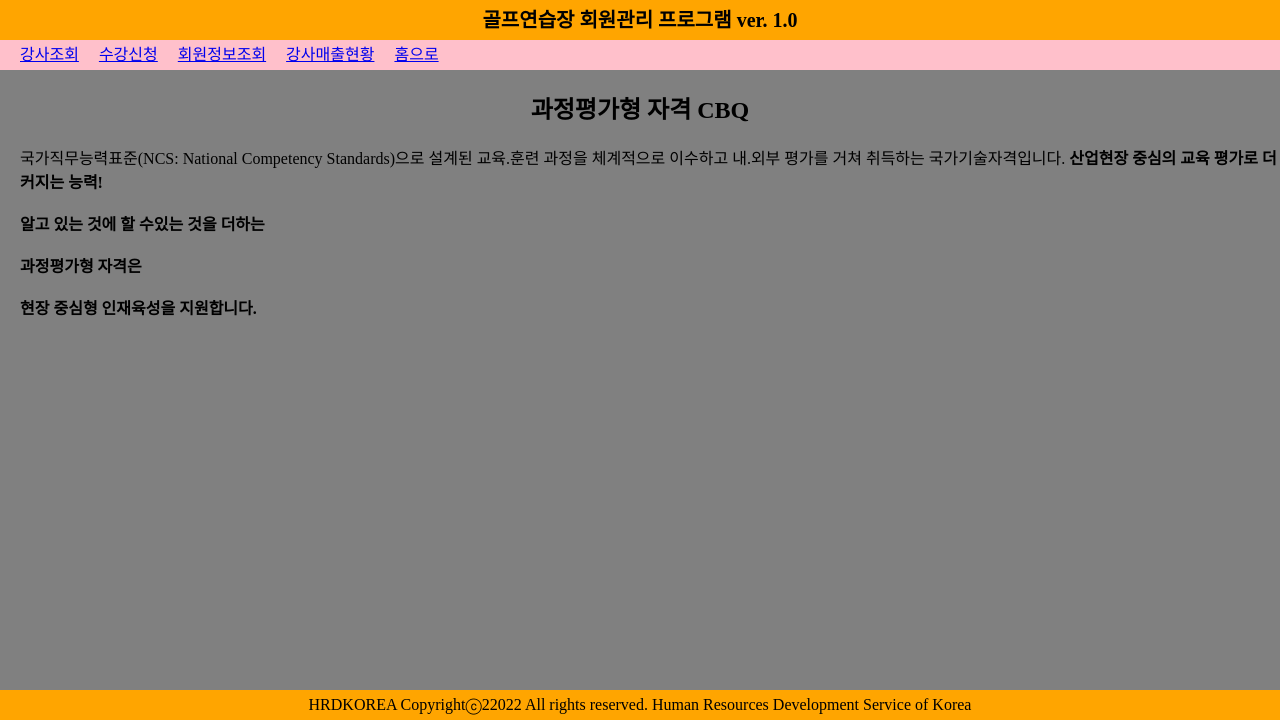
Repository: leesuyeon116/HRD_3
Page: http://localhost/HRD_0505/
An editor plug-in stored every save of this project. The page is shown before and after the next save, followed by the edit.
The browser window is 1280 px wide. The pictures show the whole page.
The page is served by Tomcat 9.

Above is the page before, as saved 2024-05-05 08:38:51.

### workspace/HRD_0505/src/main/webapp/index.jsp
<%@ page language="java" contentType="text/html; charset=UTF-8"
    pageEncoding="UTF-8"%>
<!DOCTYPE html>
<html>
<head>
<meta charset="UTF-8">
<title>index</title>
</head>
<body>
<jsp:include page="header.jsp"></jsp:include>
<section style="position: fixed; top: 70px; left: 0px; width: 100%; height: 100%; background-color: gray">
<h2 style="text-align: center">과정평가형 자격 CBQ</h2>
<p style="padding-left: 20px">
국가직무능력표준(NCS: National Competency Standards)으로 설계된 교육.훈련 과정을 체계적으로 이수하고 내.외부 평가를 거쳐 취득하는 국가기술자격입니다.
<b>
산업현장 중심의 교육 평가로 더 커지는 능력! <br><br>
알고 있는 것에 할 수있는 것을 더하는 <br><br>
과정평가형 자격은 <br><br>
현장 중심형 인재육성을 지원합니다.
</b>
<p>
</section>

<jsp:include page="footer.jsp"></jsp:include>
</body>
</html>

### workspace/HRD_0505/src/main/webapp/header.jsp
<%@ page language="java" contentType="text/html; charset=UTF-8"
    pageEncoding="UTF-8"%>
<!DOCTYPE html>
<html>
<head>
<meta charset="UTF-8">
<title>header</title>
</head>
<body>
<header style="position: fixed; top: 0px; left: 0px; width: 100%; height: 40px; line-height: 40px; background-color: orange;
	text-align: center; font-size: 20px">
<b>골프연습장 회원관리 프로그램 ver. 1.0</b>
</header>

<nav style="position: fixed; top: 40px; left: 0px; width: 100%; height: 30px; line-height: 30px; background-color: pink;
	padding-left: 20px">
	<a href="tlist.jsp">강사조회</a> &nbsp; &nbsp;
	<a href="insert.jsp">수강신청</a> &nbsp; &nbsp;
	<a href="mlist.jsp">회원정보조회</a> &nbsp; &nbsp;
	<a href="salary.jsp">강사매출현황</a> &nbsp; &nbsp;
	<a href="index.jsp">홈으로</a> &nbsp; &nbsp;
</nav>
</body>
</html>

### workspace/HRD_0505/src/main/webapp/footer.jsp
<%@ page language="java" contentType="text/html; charset=UTF-8"
    pageEncoding="UTF-8"%>
<!DOCTYPE html>
<html>
<head>
<meta charset="UTF-8">
<title>footer</title>
</head>
<body>
<footer style="position: fixed; bottom: 0px; left: 0px; width: 100%; height: 30px; line-height: 30px; background-color: orange;
	text-align: center">
	HRDKOREA Copyrightⓒ22022 All rights reserved. Human Resources Development Service of Korea
</footer>
</body>
</html>

After the next save:
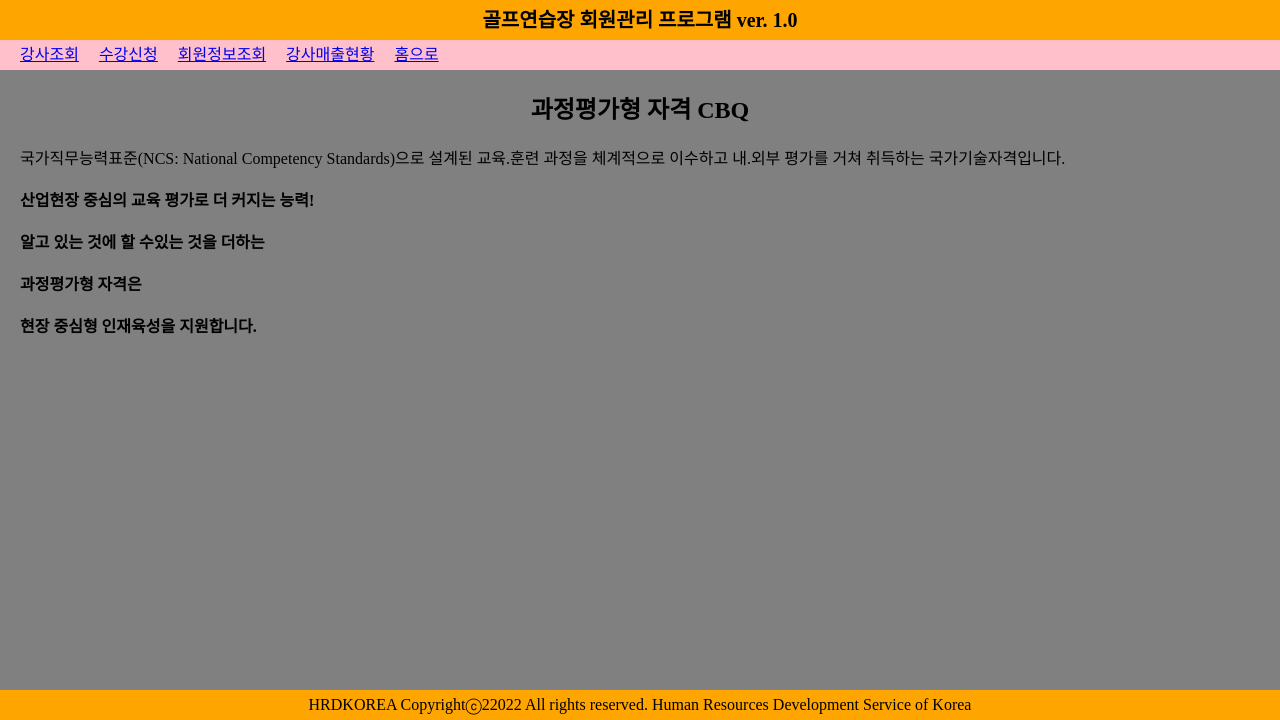
Saved 17 s later.
--- a/workspace/HRD_0505/src/main/webapp/index.jsp
+++ b/workspace/HRD_0505/src/main/webapp/index.jsp
@@ -11,7 +11,7 @@
 <section style="position: fixed; top: 70px; left: 0px; width: 100%; height: 100%; background-color: gray">
 <h2 style="text-align: center">과정평가형 자격 CBQ</h2>
 <p style="padding-left: 20px">
-국가직무능력표준(NCS: National Competency Standards)으로 설계된 교육.훈련 과정을 체계적으로 이수하고 내.외부 평가를 거쳐 취득하는 국가기술자격입니다.
+국가직무능력표준(NCS: National Competency Standards)으로 설계된 교육.훈련 과정을 체계적으로 이수하고 내.외부 평가를 거쳐 취득하는 국가기술자격입니다. <br><br>
 <b>
 산업현장 중심의 교육 평가로 더 커지는 능력! <br><br>
 알고 있는 것에 할 수있는 것을 더하는 <br><br>
